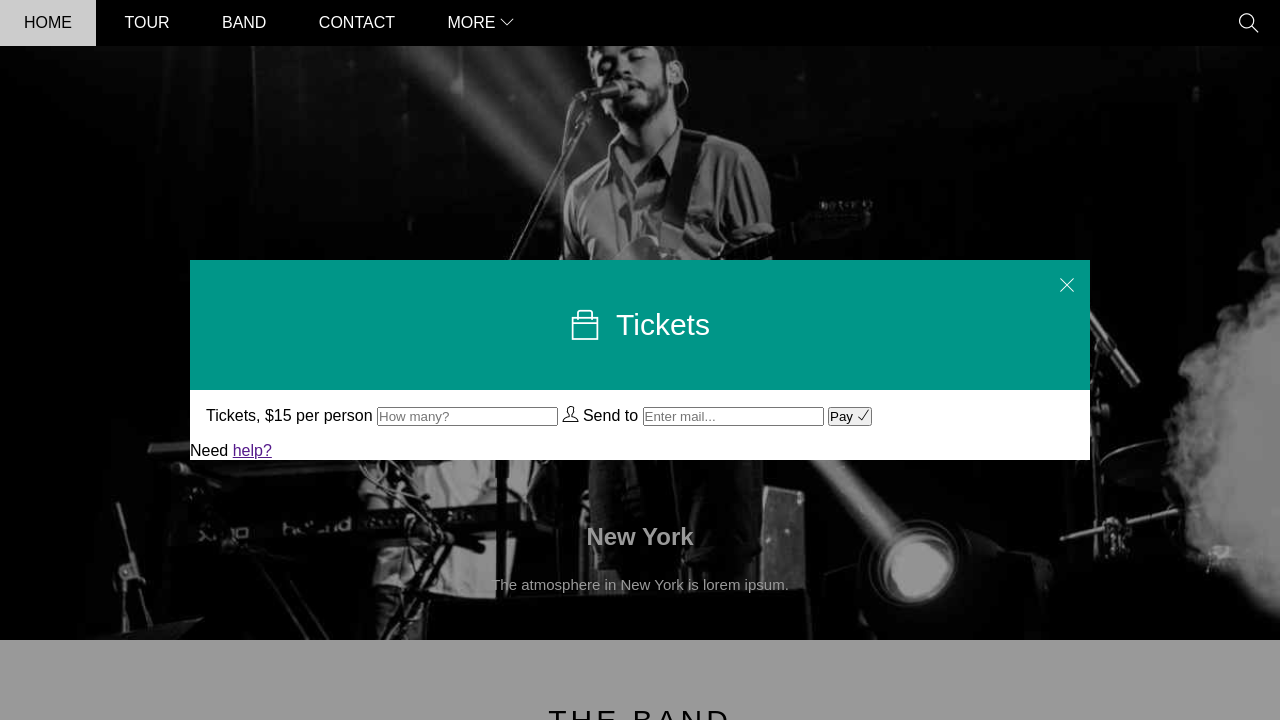
Repository: maivannhan1998/git-w3band
Page: index.html
These files come from the project's save history. The page is drawn as it stood at one moment and after the next save; the edit follows.
The browser window is 1280 px wide. The pictures show the window.
A layer covers the whole window, so only the first screen is drawn.

Above is the page before, as saved 2021-09-06 20:03:12.

After the next save:
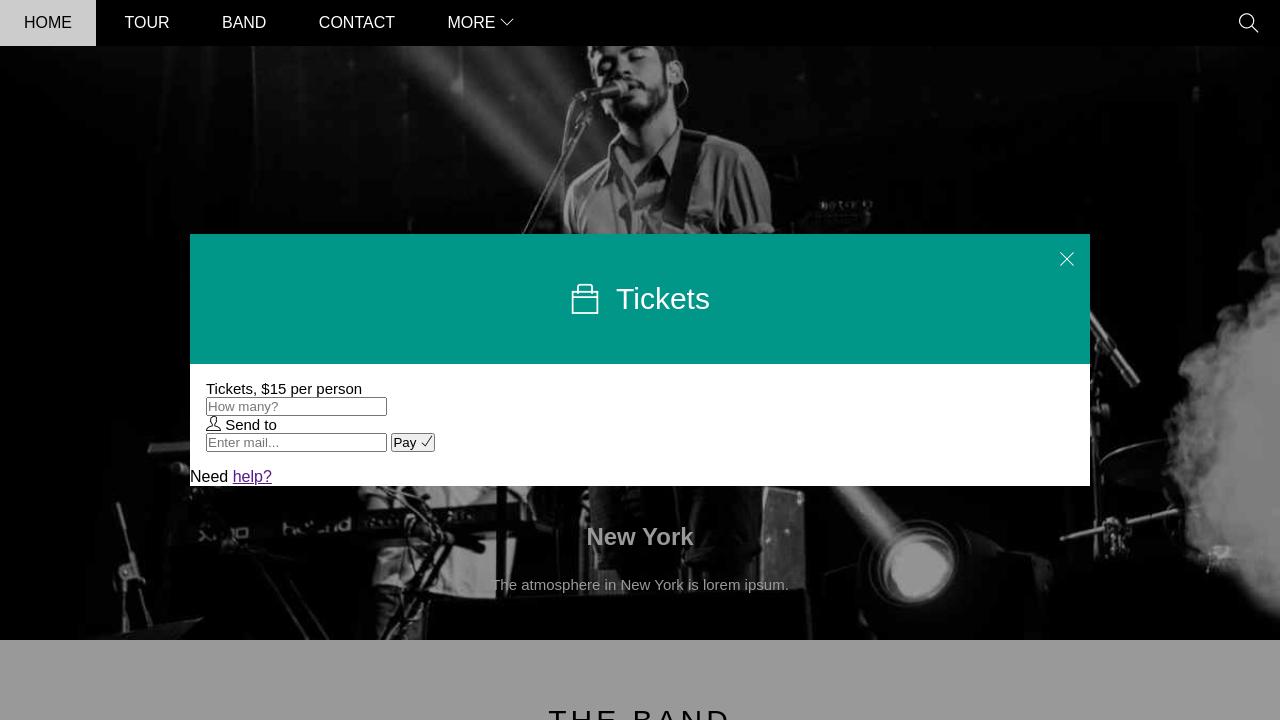
Saved 3 min 39 s later.
--- a/asset/css/style.css
+++ b/asset/css/style.css
@@ -436,3 +436,8 @@
 .modal-body {
     padding: 16px;
 }
+
+.modal-label {
+    display: block;
+    font-size: 15px;
+}
